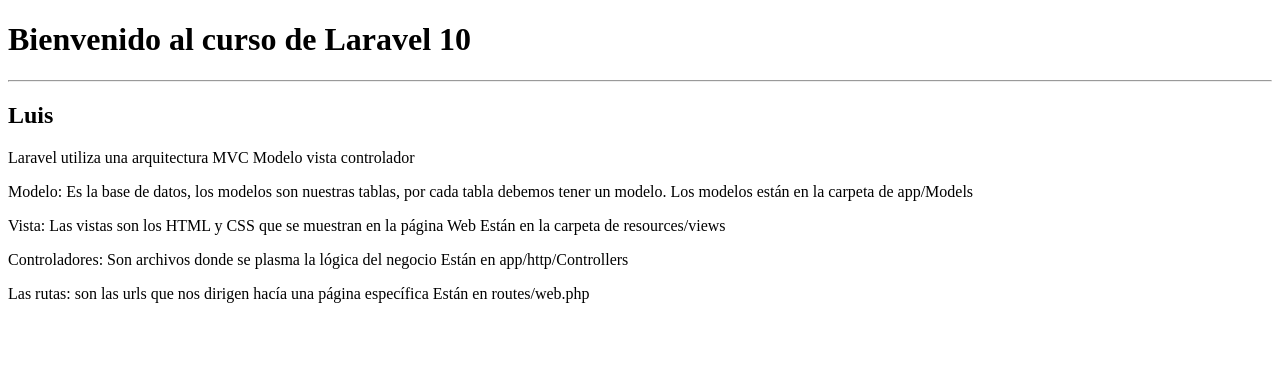
Repository: terrazasjuancarlos/cursoLaravel2-master
Page: http://localhost/bienvenido
The author's editor kept a copy of each file at every save. The page is drawn from the files as they stood at one save, then again after the next save.
The browser window is 1280 px wide. The pictures show the whole page.
The page is served by the project's Laravel application, run on PHP 8.4 with Laravel 10. Other server files are loaded and not shown.

Above is the page before, as saved 2023-10-07 12:36:07.

### routes/web.php
<?php

use App\Http\Controllers\bienvenidoController;
use Illuminate\Support\Facades\Route;
/*
|--------------------------------------------------------------------------
| Web Routes
|--------------------------------------------------------------------------
|
| Here is where you can register web routes for your application. These
| routes are loaded by the RouteServiceProvider and all of them will
| be assigned to the "web" middleware group. Make something great!
|
*/
Route::get('/', function () {
    return view('welcome');
});

route::get('/bienvenido', [bienvenidoController::class, 'bienvenido']);

### app/Http/Controllers/bienvenidoController.php
<?php

namespace App\Http\Controllers;

use Illuminate\Http\Request;

class bienvenidoController extends Controller
{
    public function bienvenido(){
        $nombre = "Luis";
        $alumnos =['Ximena', 'Perez', 'Sergio', 'Evelyn', 'Dani', 'Juan', 'David', 'Kyan', 'Eitan', 'Adrian', 'Leo'];
        return view('bienvenido', compact('nombre', 'alumnos'));
    }
}

### resources/views/bienvenido.blade.php
<!DOCTYPE html>
<html lang="en">
<head>
    <meta charset="UTF-8">
    <meta name="viewport" content="width=device-width, initial-scale=1.0">
    <meta http-equiv="X-UA-Compatible" content="ie=edge">
    <title>Bienvenido</title>
</head>
<body>
    <h1>Bienvenido al curso de Laravel 10</h1><hr>
    <h2>{{ $nombre }}</h2>
    <p>Laravel utiliza una arquitectura MVC Modelo vista controlador</p>

    <p>
        Modelo: Es la base de datos, los modelos son nuestras tablas, por cada tabla
        debemos tener un modelo.
        Los modelos están en la carpeta de app/Models
    </p>
    <p>
        Vista: Las vistas son los HTML y CSS que se muestran en la página Web
        Están en la carpeta de resources/views
    </p>
    <p>
        Controladores: Son archivos donde se plasma la lógica del negocio
        Están en app/http/Controllers
    </p>
    <p>Las rutas: son las urls que nos dirigen hacía una página específica
        Están en routes/web.php
    </p>
</body>
</html>

Loaded but not shown: app/Http/Controllers/Controller.php (common file)

After the next save:
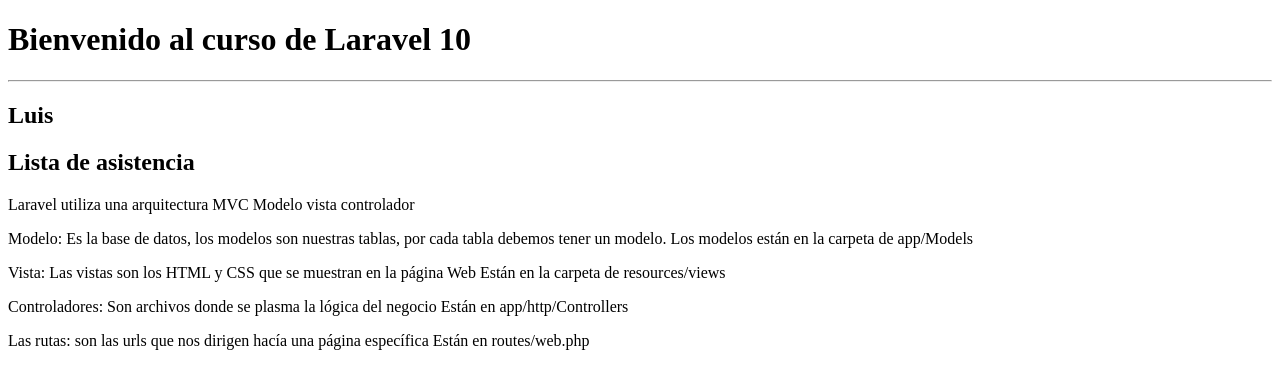
Saved 66 s later.
--- a/resources/views/bienvenido.blade.php
+++ b/resources/views/bienvenido.blade.php
@@ -9,6 +9,10 @@
 <body>
     <h1>Bienvenido al curso de Laravel 10</h1><hr>
     <h2>{{ $nombre }}</h2>
+    <h2>Lista de asistencia</h2>
+    <ul>
+
+    </ul>
     <p>Laravel utiliza una arquitectura MVC Modelo vista controlador</p>
 
     <p>
